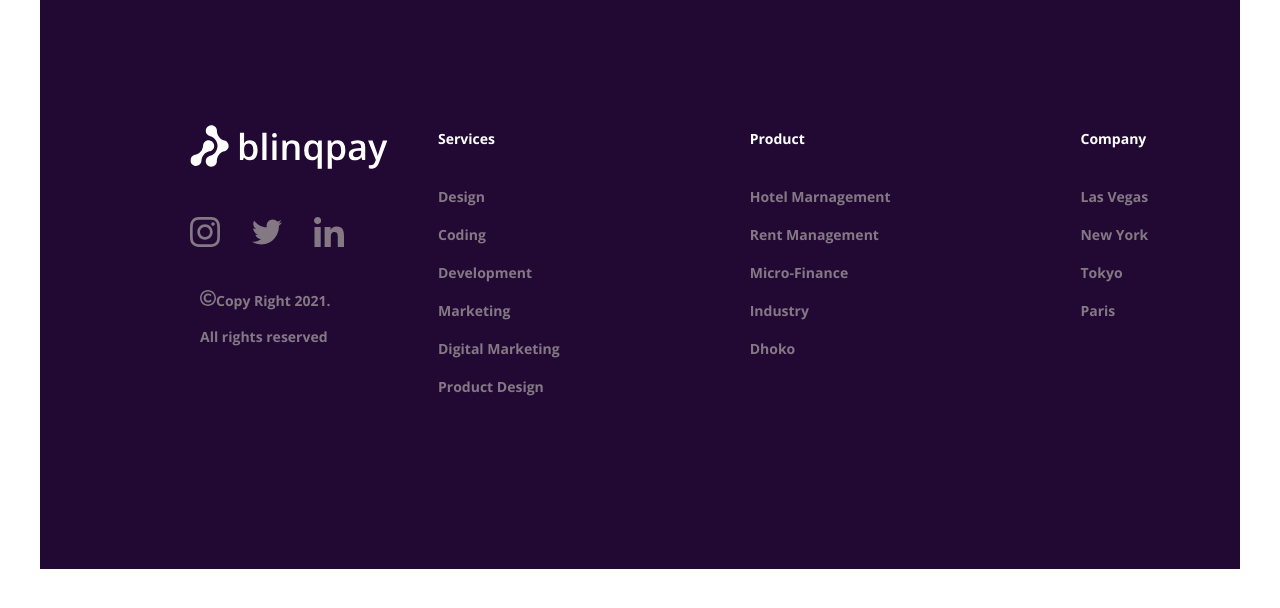
Repository: jabbarbergenoov/mobile-bling-py
Page: idnex.html
These files come from the project's save history. The page is drawn as it stood at one moment and after the next save; the edit follows.
The browser window is 1280 px wide. The pictures show the whole page.

Above is the page before, as saved 2025-04-17 19:09:21.

After the next save:
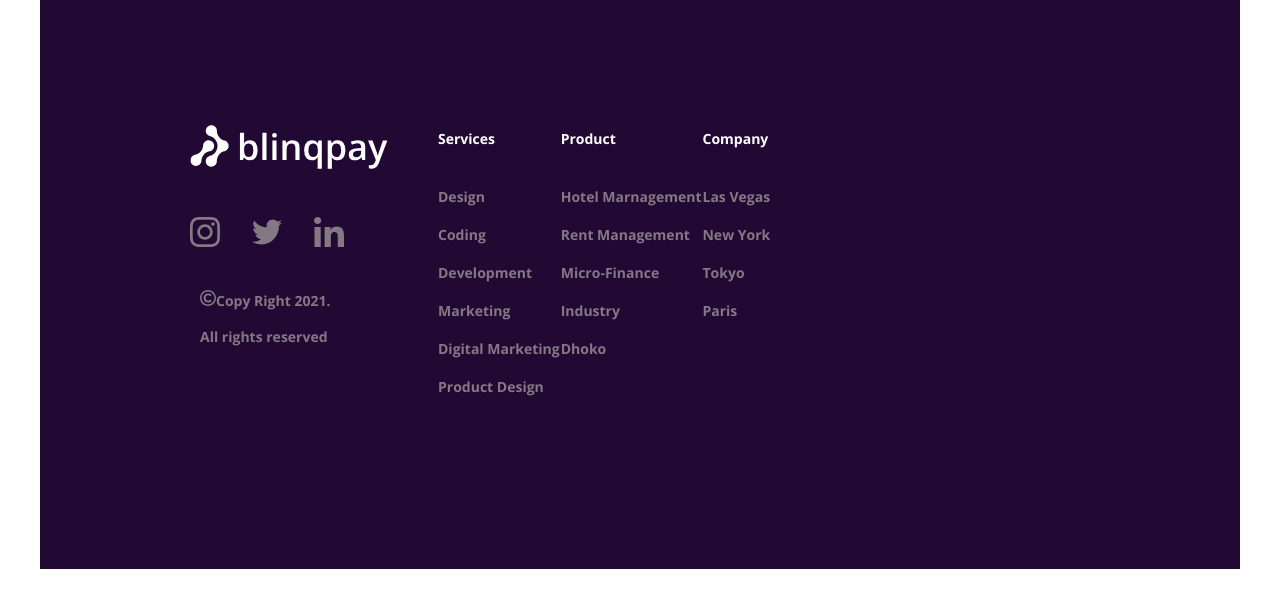
Saved 17 s later.
--- a/style/styl.css
+++ b/style/styl.css
@@ -66,6 +66,6 @@
   }
   .boxes{
     display: flex;
-    gap: 190px;
+    gap: 1px;
 
   }

After the save that followed:
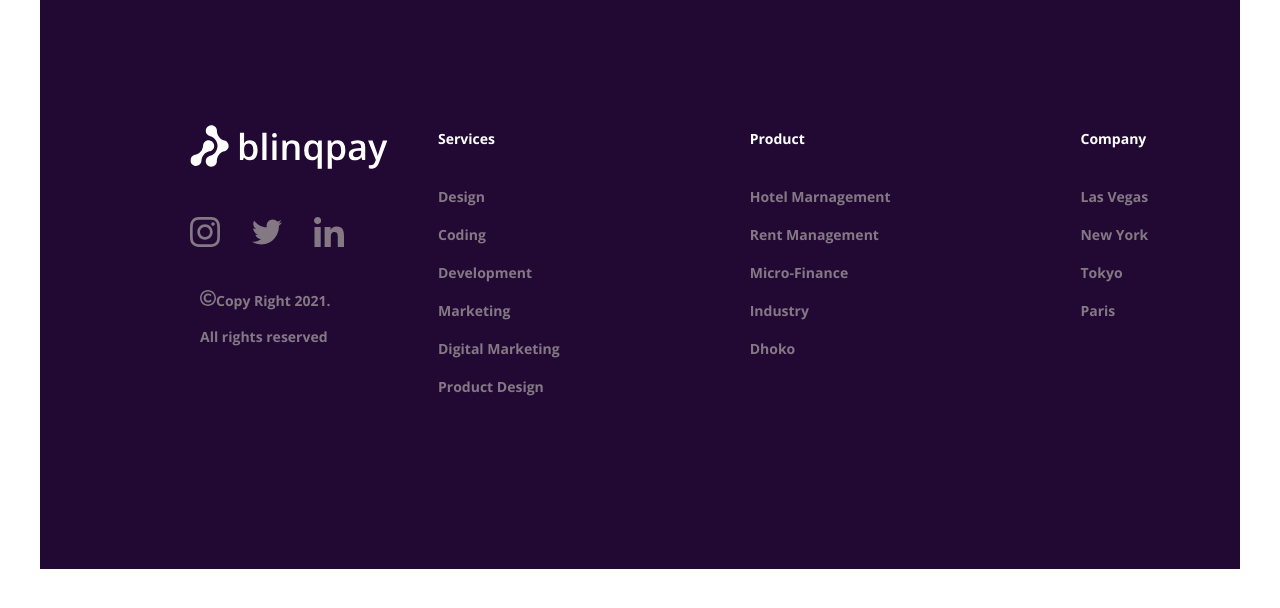
Saved 4 s later.
--- a/style/styl.css
+++ b/style/styl.css
@@ -66,6 +66,6 @@
   }
   .boxes{
     display: flex;
-    gap: 1px;
+    gap: 190px;
 
   }
